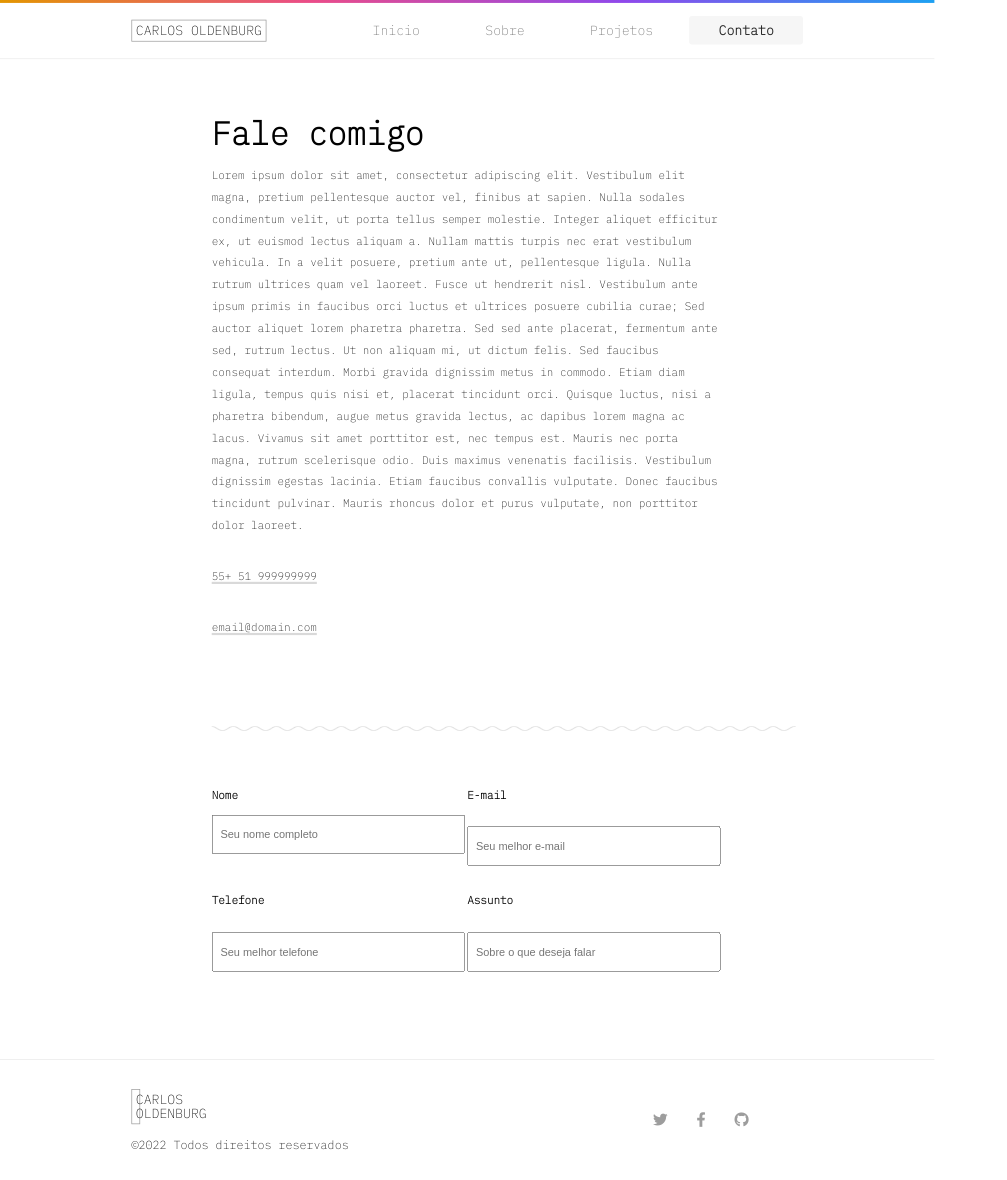
Repository: Carolden/PortfolioCrie
Page: contact.html
An editor plug-in stored every save of this project. The page is shown before and after the next save, followed by the edit.
The browser window is 1280 px wide. The page is 1380 px wide, so the pictures cover 1380 px, including what lies to the right of the window. The pictures show the whole page, at 73% of full size.

Above is the page before, as saved 2023-05-25 13:36:15.

### contact.html
<!DOCTYPE html>
<html lang="pt-BR">
<head>
    <meta charset="UTF-8">
    <meta http-equiv="X-UA-Compatible" content="IE=edge">
    <meta name="viewport" content="width=device-width, initial-scale=1.0">
    <title>Carlos Eduardo Oldenburg</title>

    <link rel="stylesheet" href="styles/base/reset.css">
    <link rel="stylesheet" href="styles/base/body.css">
    <link rel="stylesheet" href="styles/components/contact.css">
    <link rel="stylesheet" href="styles/layout/container.css">
    <link rel="stylesheet" href="styles/components/divisor.css">
    <link rel="stylesheet" href="styles/layout/footer.css">
    <link rel="stylesheet" href="styles/layout/header.css">
    <link rel="stylesheet" href="styles/layout/index__section.css">
    <link rel="stylesheet" href="styles/components/about__text.css">
    <link rel="stylesheet" href="styles/components/header__a.css">
    <link rel="stylesheet" href="styles/components/header__nav.css">
    <link rel="stylesheet" href="styles/components/hr.css">
    <link rel="stylesheet" href="styles/components/img__container.css">
    <link rel="stylesheet" href="styles/components/img__projeto.css">
    <link rel="stylesheet" href="styles/components/name__box.css">
    <link rel="stylesheet" href="styles/components/project__a.css">
    <link rel="stylesheet" href="styles/components/project__container.css">
    <link rel="stylesheet" href="styles/components/project__index.css">
    <link rel="stylesheet" href="styles/components/section__contact.css">
    <link rel="stylesheet" href="styles/components/section__image.css">
    <link rel="stylesheet" href="styles/components/section__p.css">
    <link rel="stylesheet" href="styles/components/section__title.css">
    <link rel="stylesheet" href="styles/components/work.css">
    <link rel="stylesheet" href="sobre.html">

    <link rel="preconnect" href="https://fonts.googleapis.com">
    <link rel="preconnect" href="https://fonts.gstatic.com" crossorigin>
    <link href="https://fonts.googleapis.com/css2?family=IBM+Plex+Mono:wght@200&family=Open+Sans:wght@800&display=swap" rel="stylesheet">
    <link rel="stylesheet" href="https://cdnjs.cloudflare.com/ajax/libs/font-awesome/6.4.0/css/all.min.css">


</head>
<body>

    <header class="header">

        <div class="name__container">
            <h2 class="name__box">CARLOS OLDENBURG</h2>
        </div>

        <nav class="header__nav">
            <a href="index.html" class="header__a">Inicio</a>
            <a href="sobre.html" class="header__a"> Sobre</a>
            <a href="projetos.html" class="header__a">Projetos</a>
            <a href="contact.html" class="header__a active">Contato</a>
        </nav>

    </header>

    <section>

        <div class="about__text">

        <h1 class="section__title section--align">Fale comigo</h1>
        <p class="section__p about--p">Lorem ipsum dolor sit amet, consectetur adipiscing elit. Vestibulum elit magna, pretium pellentesque auctor vel, finibus at sapien. Nulla sodales condimentum velit, ut porta tellus semper molestie. Integer aliquet efficitur ex, ut euismod lectus aliquam a. Nullam mattis turpis nec erat vestibulum vehicula.

            In a velit posuere, pretium ante ut, pellentesque ligula. Nulla rutrum ultrices quam vel laoreet. Fusce ut hendrerit nisl. Vestibulum ante ipsum primis in faucibus orci luctus et ultrices posuere cubilia curae; Sed auctor aliquet lorem pharetra pharetra. Sed sed ante placerat, fermentum ante sed, rutrum lectus. Ut non aliquam mi, ut dictum felis.

            Sed faucibus consequat interdum. Morbi gravida dignissim metus in commodo. Etiam diam ligula, tempus quis nisi et, placerat tincidunt orci. Quisque luctus, nisi a pharetra bibendum, augue metus gravida lectus, ac dapibus lorem magna ac lacus. Vivamus sit amet porttitor est, nec tempus est.

            Mauris nec porta magna, rutrum scelerisque odio. Duis maximus venenatis facilisis. Vestibulum dignissim egestas lacinia. Etiam faucibus convallis vulputate. Donec faucibus tincidunt pulvinar. Mauris rhoncus dolor et purus vulputate, non porttitor dolor laoreet.</p>

        </div>

        <p class="section__p about--p container contact">55+ 51 999999999</p>

        <p class="section__p about--p container contact">email@domain.com</p>

        <div class="div__divisor index--divisor">

            <img src="images/Divisor.png" alt="" class="img__divisor">

        </div>

    </section>

    <section class="container">

        <form action="">

            <div class="contactrow">

                <div class="contactcolumn">

                    <label for="nome" class="label">Nome</label>
                    <input id="nome" type="text" class="input" placeholder="Seu nome completo">

                </div>

                <div class="contactcolumn">

                    <label for="email" class="label">E-mail</label><br>
                    <input id="email" required type="email" class="input" placeholder="Seu melhor e-mail">

                </div>

            </div>

            <div class="contactrow">

                <div class="contactcolumn">

                    <label for="telefone" class="label">Telefone</label><br>
                    <input id="telefone" type="tel" class="input" placeholder="Seu melhor telefone">

                </div>

                <div class="contactcolumn">

                    <label for="msg" class="label">Assunto</label><br>
                    <input type="text" id="msg" name="assunto" class="input" placeholder="Sobre o que deseja falar">

                </div>

            </div>

        </form>

    </section>












    <footer class="footer">

        <div class="name__container footer__column">

            <h2 class="name__box name--footer">CARLOS OLDENBURG</h2>
            <p class="footer__p">©2022 Todos direitos reservados</p>

        </div>

        <div class="footer__column footer__icons">

            <i class="fa-brands fa-twitter contact__icon"></i>
            <i class="fa-brands fa-facebook-f contact__icon"></i>
            <i class="fa-brands fa-github contact__icon"></i>

        </div>

    </footer>



</body>
</html>

### styles/base/body.css
body {
    font-family: 'IBM Plex Mono', monospace;
    overflow-y: scroll;
}

### styles/components/contact.css
.contact {
    padding: 20px 0 20px 0;
    text-decoration: underline 3px #D9D9D9;
    line-height: 30px;
}

.contactrow {
    display: flex;
    justify-content: center;
    align-items: left;

}

.contactcolumn {
    width: 50%;
    display: flex;
    flex-direction: column;
    align-items: flex-start;
}

.input {
    width: 95%;
    height: calc(40px - 10px);
    margin: 0 0 40px 0;
    padding: 10px 0 10px 10px;
}

.input::placeholder {
    font-weight: 400;
    font-size: 15px;
}

.label {
    padding: 0 0 20px 0;
    font-size: 15px;
    font-weight: 600;
}

### styles/layout/container.css
.container {
    padding: 0 290px 0 290px;
}

### styles/components/divisor.css
.img__divisor {
    padding: 0 290px 0 290px;
    color: #EAEAEA;
    width: 100%;

}

.div__divisor {
    display: flex;
}

.index--divisor {
    margin: 80px 0 80px 0;
}

### styles/layout/footer.css
.footer {
    display: flex;
    box-sizing: border-box;
    align-items: center;
    border-top: 1px solid #EAEAEA;
    margin-top: 80px;
    align-items: center;
}

.name--footer {
    margin: 40px 550px 20px 180px;
}

footer p {
    margin: 0 0 40px 180px;
}

.footer__column {
    width: 50%;
}

.footer__icons {
    text-align: center;
}

### styles/layout/header.css
.header {
    display: flex;
    justify-content: space-between;
    height: 80px;
    width: 100%;
    left: 0px;
    top: 4px;
    border-radius: 0px;
    box-sizing: border-box;
    /* position: absolute; */
    align-items: center;
    border-top: 4px;
    border-image: linear-gradient(to right, #E39600, #EA4C89, #8F48EB, #1DA1F2) 1;
    border-style: solid;
}

### styles/layout/index__section.css
.index__section {
    display: flex;
    flex-direction: column;
    align-items: center;
    border-top: 1px solid #EAEAEA;
    padding: 80px 0 50px 0;
}

### styles/components/about__text.css
.about__text {
    /* display: flex; */
    padding: 80px 290px 0 290px;
    align-items: left;
    flex-direction: column;
    border-top: 1px solid #EAEAEA;
}

### styles/components/header__a.css
.header__a {
    padding: 40px;
    text-decoration: none;
    color: #6C6C6C;
    font-size: 18px;
}

.active {
    color: #242424;
    font-weight: 600;
    background: #F6F6F6;
    border-radius: 4px;
    padding-top: 8px;
    padding-bottom: 8px;
}

### styles/components/header__nav.css
.header__nav {
    margin-right: 180px;
}

### styles/components/hr.css
.hr {
    padding: 0 290px 0 290px;
    color: #EAEAEA;
    width: 100%;

}

### styles/components/img__container.css
.img__container {
    display: flex;
    justify-content: center;
    align-items: center;
}

### styles/components/img__projeto.css
.img__projeto {
    width: 1000px;
    height: 500px;
    align-items: center;
    margin-bottom: 40px;
}

.img--cover {
    object-fit: cover;
}

### styles/components/name__box.css
.name__box {
    border: 1px solid #9D9D9D;
    padding: 5px;
    margin-left: 180px;
    font-size: 18px;
}

### styles/components/project__a.css
.project__a {
    text-decoration: none;
    color: inherit;
}

### styles/components/project__container.css
.project__container {
    display: flex;
    flex-direction: column;
    padding-bottom: 80px;
}

.project__container:last-child {
    padding-bottom: 40px;
}

### styles/components/project__index.css
.project__h2 {
    padding-bottom: 80px;
    font-size: 24px;
    font-weight: 600;
}

.project__index {
    border: 1px solid #EAEAEA;
    margin: 0 290px 20px 290px;
    display: flex;
    background-color: #FAFAFA;
}

.project__icon {
    font-size: 80px;
    padding: 40px 20px 40px 40px;
    color: #E39600;
}

.project__h3 {
    font-size: 18px;
    font-weight: 600;
    padding: 40px 0 20px 20px;
    line-height: 30px;
}

.project__p {
    padding: 0 40px 40px 20px;
    line-height: 30px;
}

.icon--color--pink {
    color: #EA4C89;
}

### styles/components/section__contact.css
.section__contact {
    display: flex;
    margin: 0 280px 0 280px;
    align-items: center;
}

.contact__icon {
    padding: 15px;
    font-size: 20px;
    color: #9D9D9D;
}

.contact__button {
    text-decoration: none;
    padding-left: 15px;
    color: #363636;
    font-weight: 600;
    font-size: 15px;
    border: 1px solid #EAEAEA;
    border-radius: 20px;
    background: #FAFAFA;
    padding: 10px 15px;
    margin-left: 15px;
}

### styles/components/section__image.css
.section__image {
    width: 800px;
    height: 800px;
    padding: 40px 0 55px 0;

}

### styles/components/section__p.css
.section__p {
    font-size: 15px;
    font-weight: 400;
    line-height: 30px;
    letter-spacing: 0em;
    text-align: left;
    margin: 0 280px 0 280px;
    line-height: 30px;
}

.about--p {
    margin: 0;
    padding-bottom: 40px;
}

### styles/components/section__title.css
.section__title {
    font-size: 44px;
    font-weight: 600;
}

.section--align {
    text-align: left;
    padding-bottom: 20px;
}

### styles/components/work.css
.work__title {
    font-size: 24px;
    font-weight: 600;
    padding-bottom: 40px;
}

.work__container {
    display: flex;
    justify-content: space-between;
    padding-bottom: 20px;
}

.work {
    margin-left: 290px;
    margin-right: 290px;
}

.work__subtitle {
    font-size: 18px;
    font-weight: 600;
}

.work__p {
    font-size: 15px;
    font-weight: 400;
}

### sobre.html
<!DOCTYPE html>
<html lang="pt-BR">
<head>
    <meta charset="UTF-8">
    <meta http-equiv="X-UA-Compatible" content="IE=edge">
    <meta name="viewport" content="width=device-width, initial-scale=1.0">
    <title>Carlos Eduardo Oldenburg</title>

    <link rel="stylesheet" href="styles/base/reset.css">
    <link rel="stylesheet" href="styles/base/body.css">
    <link rel="stylesheet" href="styles/components/contact.css">
    <link rel="stylesheet" href="styles/layout/container.css">
    <link rel="stylesheet" href="styles/components/divisor.css">
    <link rel="stylesheet" href="styles/layout/footer.css">
    <link rel="stylesheet" href="styles/layout/header.css">
    <link rel="stylesheet" href="styles/layout/index__section.css">
    <link rel="stylesheet" href="styles/components/about__text.css">
    <link rel="stylesheet" href="styles/components/header__a.css">
    <link rel="stylesheet" href="styles/components/header__nav.css">
    <link rel="stylesheet" href="styles/components/hr.css">
    <link rel="stylesheet" href="styles/components/img__container.css">
    <link rel="stylesheet" href="styles/components/img__projeto.css">
    <link rel="stylesheet" href="styles/components/name__box.css">
    <link rel="stylesheet" href="styles/components/project__a.css">
    <link rel="stylesheet" href="styles/components/project__container.css">
    <link rel="stylesheet" href="styles/components/project__index.css">
    <link rel="stylesheet" href="styles/components/section__contact.css">
    <link rel="stylesheet" href="styles/components/section__image.css">
    <link rel="stylesheet" href="styles/components/section__p.css">
    <link rel="stylesheet" href="styles/components/section__title.css">
    <link rel="stylesheet" href="styles/components/work.css">
    <link rel="stylesheet" href="sobre.html">

    <link rel="preconnect" href="https://fonts.googleapis.com">
    <link rel="preconnect" href="https://fonts.gstatic.com" crossorigin>
    <link href="https://fonts.googleapis.com/css2?family=IBM+Plex+Mono:wght@200&family=Open+Sans:wght@800&display=swap" rel="stylesheet">
    <link rel="stylesheet" href="https://cdnjs.cloudflare.com/ajax/libs/font-awesome/6.4.0/css/all.min.css">

</head>
<body>

    <header class="header">

        <div class="name__container">
            <h2 class="name__box">CARLOS OLDENBURG</h2>
        </div>

        <nav class="header__nav">
            <a href="index.html" class="header__a">Inicio</a>
            <a href="sobre.html" class="header__a active"> Sobre</a>
            <a href="projetos.html" class="header__a">Projetos</a>
            <a href="contact.html" class="header__a">Contato</a>
        </nav>

    </header>

    <section>

        <div class="about__text">

        <h1 class="section__title section--align">Olá, meu nome é Carlos!</h1>
        <p class="section__p about--p">Lorem ipsum dolor sit amet, consectetur adipiscing elit. Vestibulum elit magna, pretium pellentesque auctor vel, finibus at sapien. Nulla sodales condimentum velit, ut porta tellus semper molestie. Integer aliquet efficitur ex, ut euismod lectus aliquam a. Nullam mattis turpis nec erat vestibulum vehicula.

            In a velit posuere, pretium ante ut, pellentesque ligula. Nulla rutrum ultrices quam vel laoreet. Fusce ut hendrerit nisl. Vestibulum ante ipsum primis in faucibus orci luctus et ultrices posuere cubilia curae; Sed auctor aliquet lorem pharetra pharetra. Sed sed ante placerat, fermentum ante sed, rutrum lectus. Ut non aliquam mi, ut dictum felis.

            Sed faucibus consequat interdum. Morbi gravida dignissim metus in commodo. Etiam diam ligula, tempus quis nisi et, placerat tincidunt orci. Quisque luctus, nisi a pharetra bibendum, augue metus gravida lectus, ac dapibus lorem magna ac lacus. Vivamus sit amet porttitor est, nec tempus est.

            Mauris nec porta magna, rutrum scelerisque odio. Duis maximus venenatis facilisis. Vestibulum dignissim egestas lacinia. Etiam faucibus convallis vulputate. Donec faucibus tincidunt pulvinar. Mauris rhoncus dolor et purus vulputate, non porttitor dolor laoreet.</p>

        </div>

    </section>

    <div class="div__divisor index--divisor">

        <img src="images/Divisor.png" alt="" class="img__divisor">

    </div>

    <section class="work">

        <h2 class="work__title">Trabalho</h2>

        <div class="work__container">
            <h3 class="work__subtitle">Virtude Informática</h3>
            <p>Técnico de informática   -   2020 -&emsp;&emsp;&emsp;</p>
        </div>

        <div class="work__container">
            <h3 class="work__subtitle">Sustentare Seguros</h3>
            <p>Auxiliar Administrativo   -   2019 - 2020</p>
        </div>

        <div class="work__container">
            <h3 class="work__subtitle">Banrisul</h3>
            <p class="work__p">Estagiário   -   2017 - 2019</p>
        </div>

    </section>

    <div class="div__divisor index--divisor">

        <img src="images/Divisor.png" alt="" class="img__divisor">

    </div>

    <section class="work">

        <h2 class="work__title">Escolaridade e Cursos</h2>

        <div class="work__container">
            <h3 class="work__subtitle">Univates - Curso Intensivo de Programação</h3>
            <p>Crie_TI   -   2023 -&emsp;&emsp;&emsp;</p>
        </div>

        <div class="work__container">
            <h3 class="work__subtitle">UNINTER - Bacharelado</h3>
            <p>Engenharia de Software   -   2021 -&emsp;&emsp;&emsp;</p>
        </div>

        <div class="work__container">
            <h3 class="work__subtitle">EEEPE - Curso Técnico</h3>
            <p>Técnico de Informática   -   2020 - 2021</p>
        </div>

        <div class="work__container">
            <h3 class="work__subtitle">Univates - Bacharelado</h3>
            <p>Administração de Empresas   -   2014 - 2019</p>
        </div>

    </section>

    <footer class="footer">

        <div class="name__container footer__column">

            <h2 class="name__box name--footer">CARLOS OLDENBURG</h2>
            <p class="footer__p">©2022 Todos direitos reservados</p>

        </div>

        <div class="footer__column footer__icons">

            <i class="fa-brands fa-twitter contact__icon"></i>
            <i class="fa-brands fa-facebook-f contact__icon"></i>
            <i class="fa-brands fa-github contact__icon"></i>

        </div>

    </footer>

</body>
</html>

Loaded but not shown: styles/base/reset.css (common file)

After the next save:
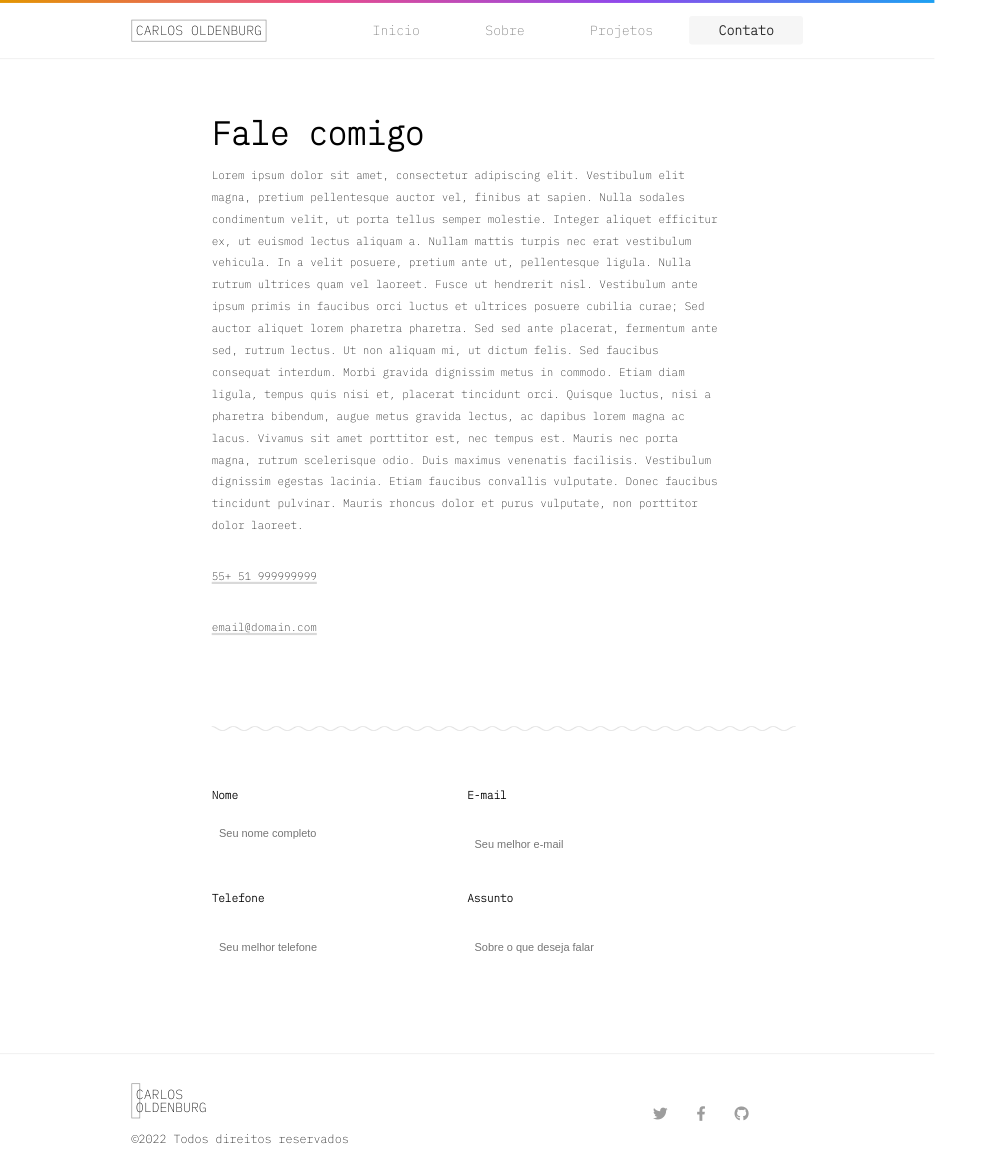
Saved 29 s later.
--- a/styles/components/contact.css
+++ b/styles/components/contact.css
@@ -23,6 +23,7 @@
     height: calc(40px - 10px);
     margin: 0 0 40px 0;
     padding: 10px 0 10px 10px;
+    border: 1px #EAEAEA;
 }
 
 .input::placeholder {
